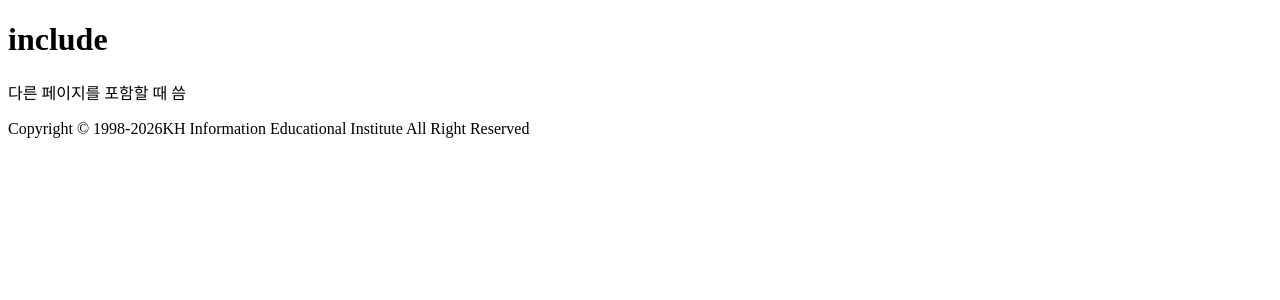
Repository: ham-zi/front-practice
Page: http://localhost/ActionProject/include.do
The author's editor kept a copy of each file at every save. The page is drawn from the files as they stood at one save, then again after a run of saves.
The browser window is 1280 px wide. The pictures show the whole page.
The page is served by Tomcat 9.

Above is the page before, as saved 2026-05-06 07:37:32.
Console error: ReferenceError: Cannot access 'date' before initialization

After the next 2 saves:
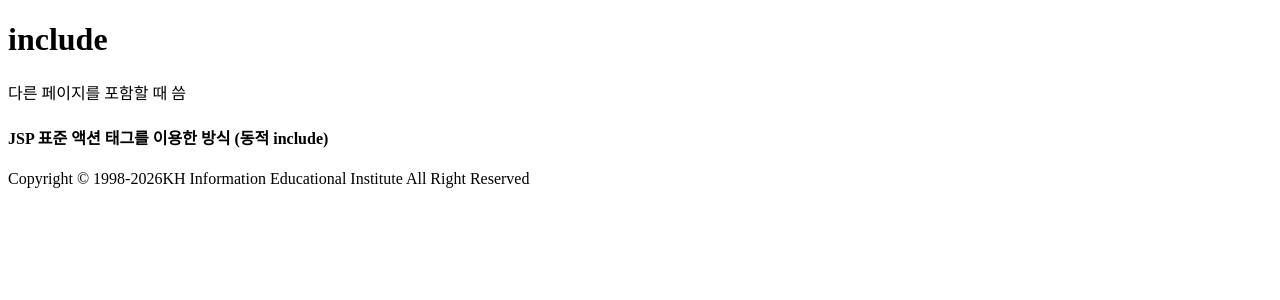
The 2 saves are shown as one change because 1 did not build or start.
The last was saved 10 min 30 s later.
--- a/dynamic-workspace/ActionProject/src/main/webapp/WEB-INF/views/include.jsp
+++ b/dynamic-workspace/ActionProject/src/main/webapp/WEB-INF/views/include.jsp
@@ -13,7 +13,17 @@
 		다른 페이지를 포함할 때 씀
 
 	</p>
+<%-- 정적 컴파일 방식 (컴파일 시점에 jsp를 포함 시킴)
+	<%@ include file="footer.jsp" %>
+	<%@ include file="footer.jsp" %>
+	-> 동일한 변수명이 생기는 문제가 발생함
+ --%>
 
-	<%@ include file="footer.jsp" %>
+
+ 	<h4> JSP 표준 액션 태그를 이용한 방식 (동적 include) </h4>
+
+	<jsp:include page="footer.jsp"></jsp:include> <!-- 여는태그가 있으면 꼭 닫는태그가 있다. -->
+
+
 </body>
 </html>
